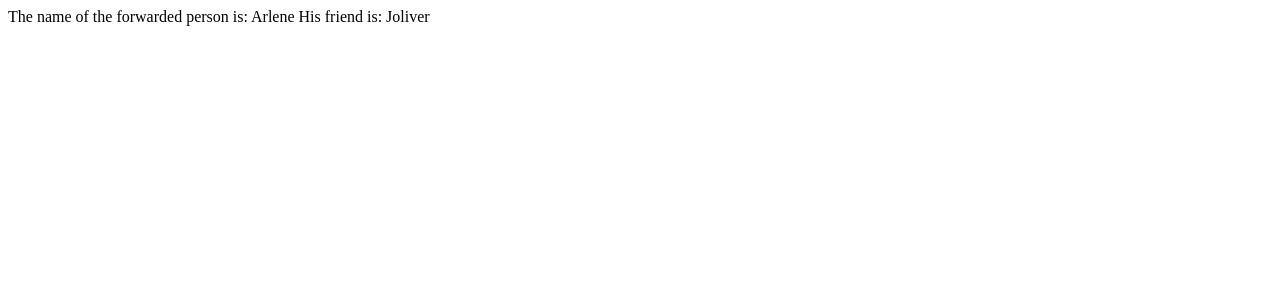
Repository: joliest/MyGits
Page: http://localhost/Basic_JSPs/standard-action.do
An editor plug-in stored every save of this project. The page is shown before and after the next save, followed by the edit.
The browser window is 1280 px wide. The pictures show the whole page.
The page is served by Tomcat 9.

Above is the page before, as saved 2018-02-28 14:48:10.

After the next save:
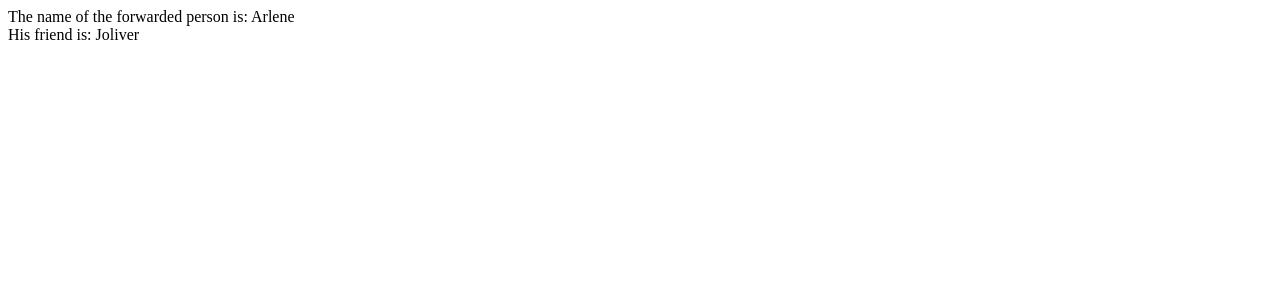
Saved 17 s later.
--- a/Java/JSP Examples/Basic JSPs/WebContent/jsp-examples/standard-action.jsp
+++ b/Java/JSP Examples/Basic JSPs/WebContent/jsp-examples/standard-action.jsp
@@ -1,3 +1,4 @@
+<!-- Instructions to test: Paste this URL on a browser: http://localhost:9888/Basic_JSPs/standard-action.do -->
 <!-- Using directive -->
 <%@  page import="com.example.packages.*" %>
 <html>
@@ -10,6 +11,8 @@
 	<jsp:useBean id="person" class="com.example.packages.Person" scope="request"/>
 	The name of the forwarded person is: <jsp:getProperty name="person" property="name" />
 
+	<br>
+
 	<!-- creating new bean and setting its properties -->
 	<jsp:useBean id="person2" class="com.example.packages.Person" scope="request">
 		<jsp:setProperty name="person2" property="name" value="Joliver" />
